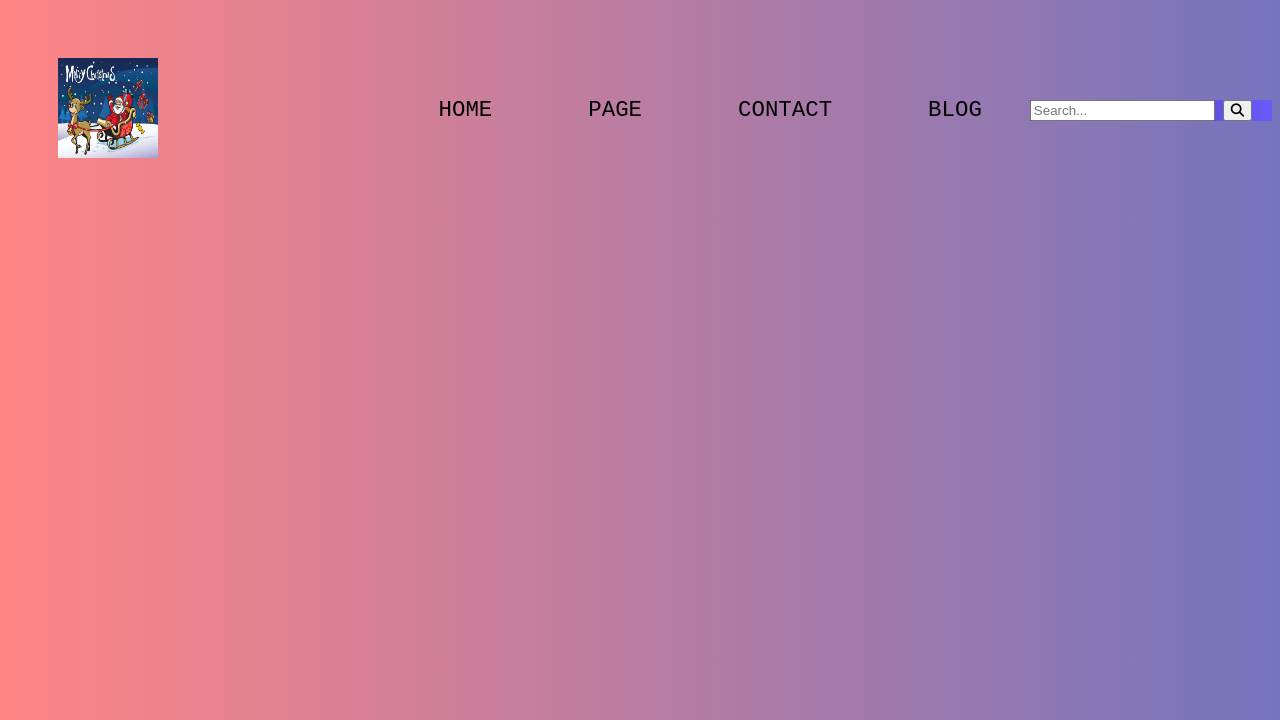
Repository: 16-Doffy/FE-UI
Page: menu/index.html
The author's editor kept a copy of each file at every save. The page is drawn from the files as they stood at one save, then again after the next save.
The browser window is 1280 px wide. The pictures show the whole page.

Above is the page before, as saved 2024-12-23 18:14:22.

After the next save:
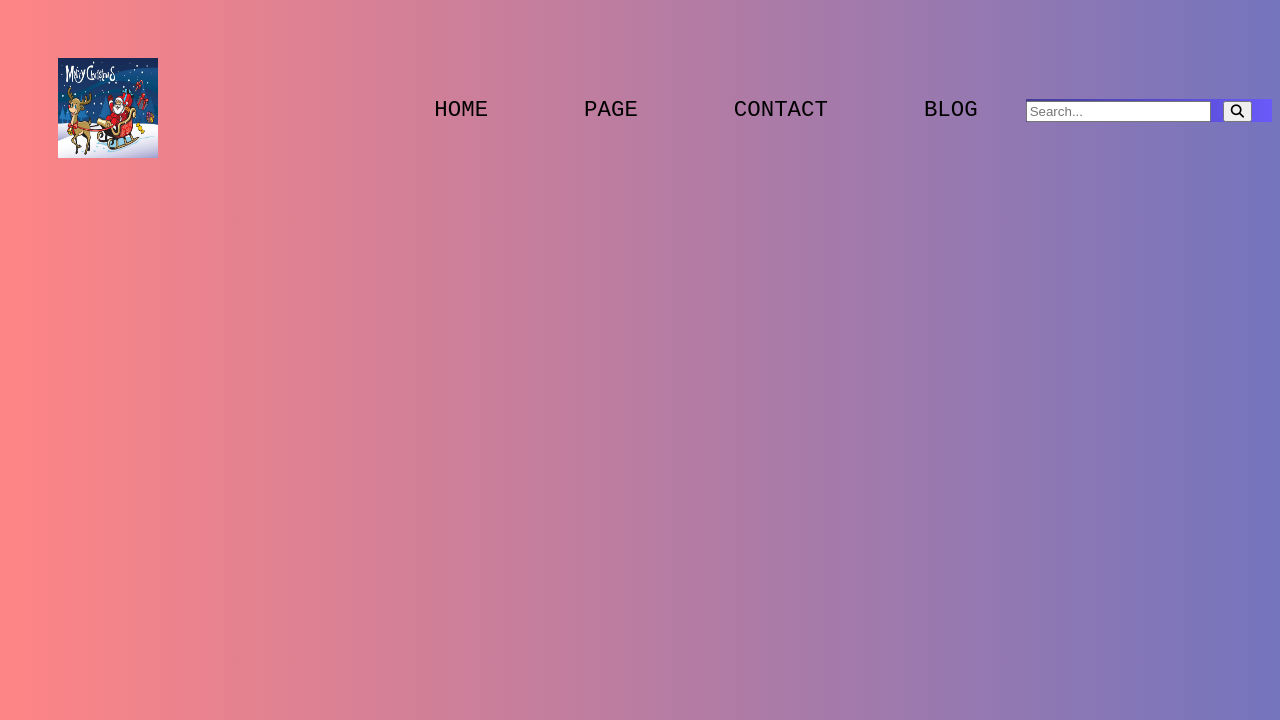
Saved 7 s later.
--- a/menu/index.html
+++ b/menu/index.html
@@ -62,7 +62,7 @@
                 <li class="menu-item"><a href="" class="menu-link">page</a></li>
                 <li class="menu-item"><a href="" class="menu-link">contact</a></li>
                 <li class="menu-item"><a href="" class="menu-link">blog</a></li>
-                <div class="search-bar">
+                <div class="search-bar" style="font-size: 20px;">
                     <input type="text" placeholder="Search...">
                     <button class="search-btn"><i class="fas fa-search"  ;></i></button>
                 </div>

After the save that followed:
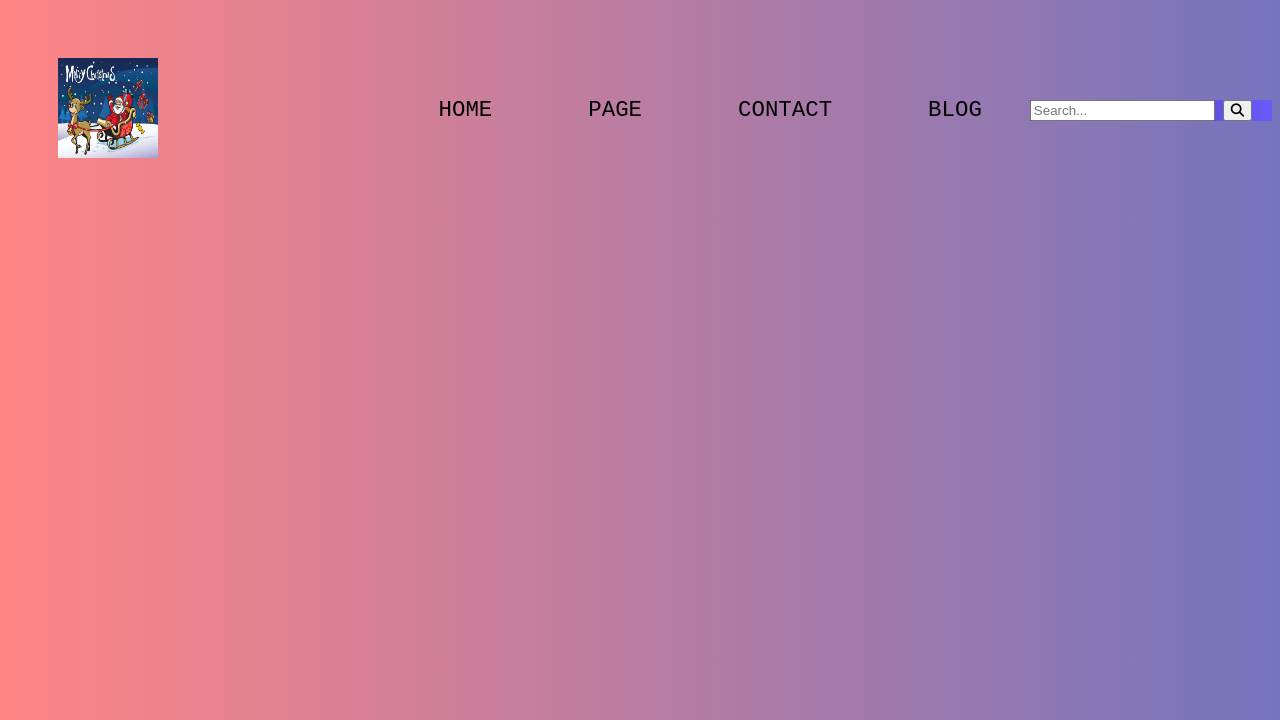
Saved 25 s later.
--- a/menu/index.html
+++ b/menu/index.html
@@ -62,7 +62,7 @@
                 <li class="menu-item"><a href="" class="menu-link">page</a></li>
                 <li class="menu-item"><a href="" class="menu-link">contact</a></li>
                 <li class="menu-item"><a href="" class="menu-link">blog</a></li>
-                <div class="search-bar" style="font-size: 20px;">
+                <div class="search-bar" style="font-size: 20px ,background-size: cover;">
                     <input type="text" placeholder="Search...">
                     <button class="search-btn"><i class="fas fa-search"  ;></i></button>
                 </div>
